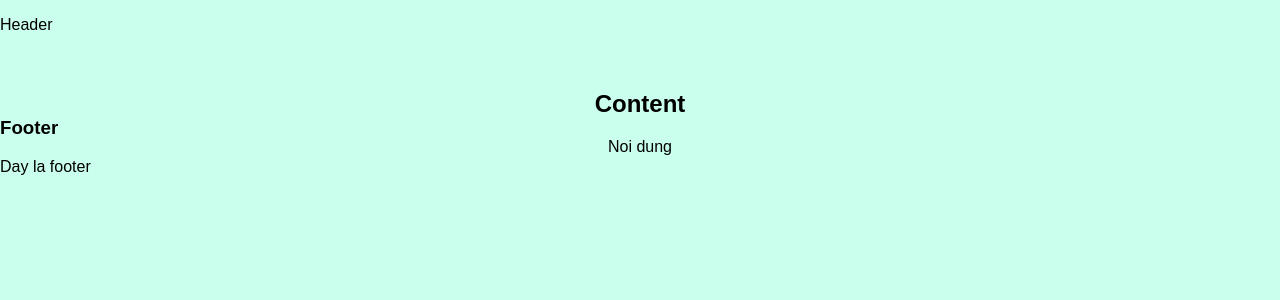
Repository: Thonghehe/Lab2_Web106
Page: Buoi2/l22.html
The author's editor kept a copy of each file at every save. The page is drawn from the files as they stood at one save, then again after the next save.
The browser window is 1280 px wide. The pictures show the whole page.

Above is the page before, as saved 2024-03-09 18:07:56.

### Buoi2/l22.html
<!DOCTYPE html>
<html lang="en">

<head>
    <meta charset="UTF-8">
    <meta name="viewport" content="width=device-width, initial-scale=1.0">
    <title>Document</title>
    <style>
        body {
            font-family: Arial, Helvetica, sans-serif;
            margin: 0;
            padding: 0;
            display: flex;
            /* Hien thi dang cot */
            flex-direction: column;
            min-width: 100vh;
            background-color: rgb(202, 255, 237);
        }

        .header .footer {
            background-color: antiquewhite;
            color: brown;
            padding: 20px;
            text-align: center;
            flex-shrink: 0;
        }

        .content {
            padding: 20px;
            text-align: center;
            flex-grow: 1;
        }

        .container {
            position: relative;
            min-height: 100%;
        }

        .footer {
            position: absolute;
            bottom: 0;
            width: 100%;
        }

        @media only screen and(max-width:800px) {
            .header .content .footer {
                width: 100%;
            }
        }
    </style>
</head>

<body>
    <div class="container">
        <div class="header">
            <p>Header</p>
        </div>
        <div class="content">
            <h2>Content</h2>
            <p>Noi dung</p>
        </div>
        <div class="footer">
            <h3>Footer</h3>
            <p>Day la footer</p>
        </div>
    </div>
</body>

</html>

After the next save:
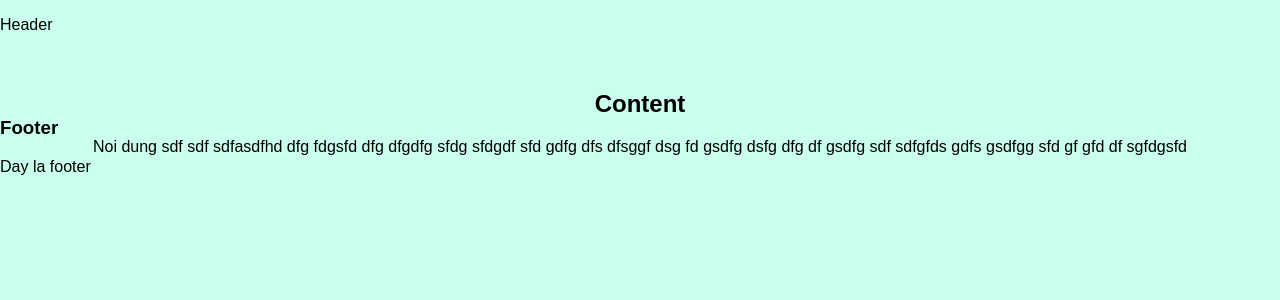
Saved 42 s later.
--- a/Buoi2/l22.html
+++ b/Buoi2/l22.html
@@ -57,7 +57,12 @@
         </div>
         <div class="content">
             <h2>Content</h2>
-            <p>Noi dung</p>
+            <p>Noi dung sdf sdf sdfasdfhd dfg fdgsfd
+                dfg dfgdfg sfdg sfdgdf sfd gdfg dfs
+                dfsggf dsg fd gsdfg dsfg dfg df
+                gsdfg sdf sdfgfds gdfs gsdfgg sfd gf gfd
+                df sgfdgsfd
+            </p>
         </div>
         <div class="footer">
             <h3>Footer</h3>
